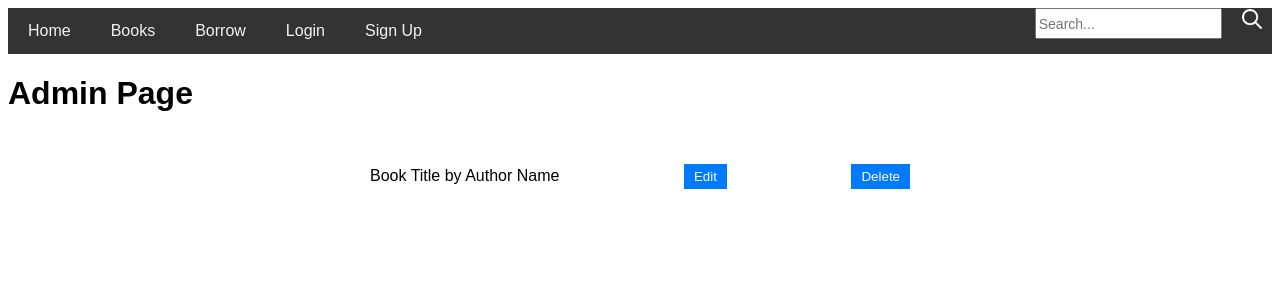
Repository: fadyesk12/Web-Technology-Course-Project
Page: auth/admin.html
The author's editor kept a copy of each file at every save. The page is drawn from the files as they stood at one save, then again after a run of saves.
The browser window is 1280 px wide. The pictures show the whole page.

Above is the page before, as saved 2024-04-20 09:45:08.

### auth/admin.html
<!DOCTYPE html>
<html lang="en">

<head>
    <meta charset="UTF-8">
    <meta name="viewport" content="width=device-width, initial-scale=1.0">
    <title>Admin Page</title>
    <link rel="stylesheet" href="../Styling/admin.css">
</head>

<body>
    <div id="navbar">
      <a href="../index.html">Home</a>
      <a href="../book_list.html">Books</a>
      <a href="../borrow.html">Borrow</a>
      <a href="../auth/login.html">Login</a>
      <a href="../auth/signup.html">Sign Up</a>
      <div class="search">
        <form action="" method="get">
                <input type="text" placeholder="Search...">
                <button type="submit"><img src="../PICS/search.png"></button>
        </form>
      </div>
    </div>
    <h1>Admin Page</h1>
    <div class="container">
        <div id="bookList">
            <div class="book-row">
                <span>Book Title by Author Name</span>
                <button>Edit</button>
                <button>Delete</button>
            </div>
        </div>
    </div>
</body>

</html>

### Styling/admin.css
#navbar {
    overflow: hidden;
    background-color: #333;
}

#navbar a {
    float: left;
    display: block;
    color: #f2f2f2;
    text-align: center;
    padding: 14px 20px;
    text-decoration: none;
}

#navbar a:hover {
    background-color: #ddd;
    color: black;
}

body {
    font-family: Arial, sans-serif;
}

.container {
    width: 100%;
    max-width: 600px;
    margin: 0 auto;
    padding: 20px;
    box-sizing: border-box;
}

#bookList {
    width: 100%;
}

.book-row {
    display: flex;
    justify-content: space-between;
    align-items: center;
    padding: 10px;
    border-bottom: 1px solid #ccc;
}

.book-row:last-child {
    border-bottom: none;
}

button {
    margin-left: 10px;
    background-color: #007bff;
    color: white;
    border: none;
    padding: 5px 10px;
    cursor: pointer;
}

button:hover {
    background-color: #0056b3;
}

.search {
    float: right;
}

.search input {
    width: 75%;
    height: 25px;
    font-size: 14px;
}

.search img {
    width: 20px;
}

.search button {
    background-color: #333;
    border: 0;
    height: 25px;
    padding: 0 10px;
}

.search form {
    display: flex;
    justify-content: flex-end;
}

After the next 2 saves:
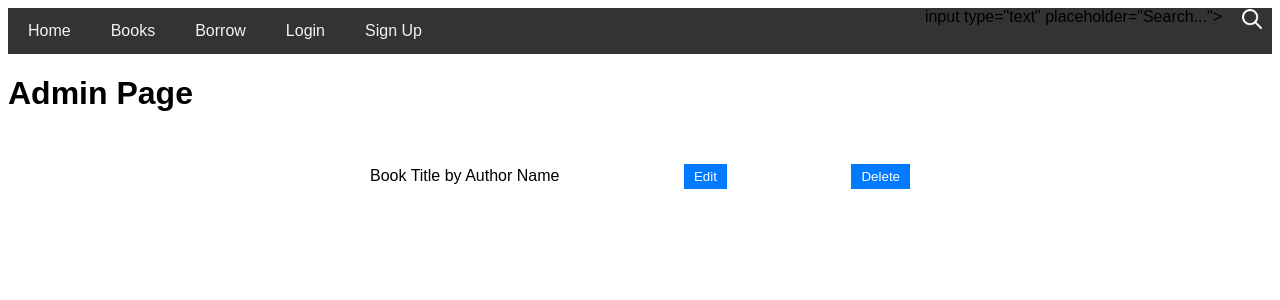
The 2 saves are shown as one change because they came seconds apart.
The last was saved 11 s later.
--- a/auth/admin.html
+++ b/auth/admin.html
@@ -17,8 +17,8 @@
       <a href="../auth/signup.html">Sign Up</a>
       <div class="search">
         <form action="" method="get">
-                <input type="text" placeholder="Search...">
-                <button type="submit"><img src="../PICS/search.png"></button>
+            input type="text" placeholder="Search...">
+            <button type="submit"><img src="../PICS/search.png"></button>
         </form>
       </div>
     </div>

After the save that followed:
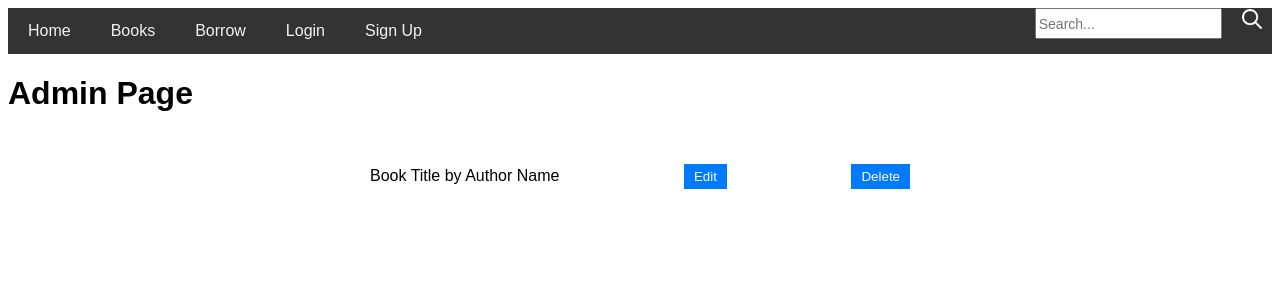
Saved 7 s later.
--- a/auth/admin.html
+++ b/auth/admin.html
@@ -17,7 +17,7 @@
       <a href="../auth/signup.html">Sign Up</a>
       <div class="search">
         <form action="" method="get">
-            input type="text" placeholder="Search...">
+            <input type="text" placeholder="Search...">
             <button type="submit"><img src="../PICS/search.png"></button>
         </form>
       </div>
